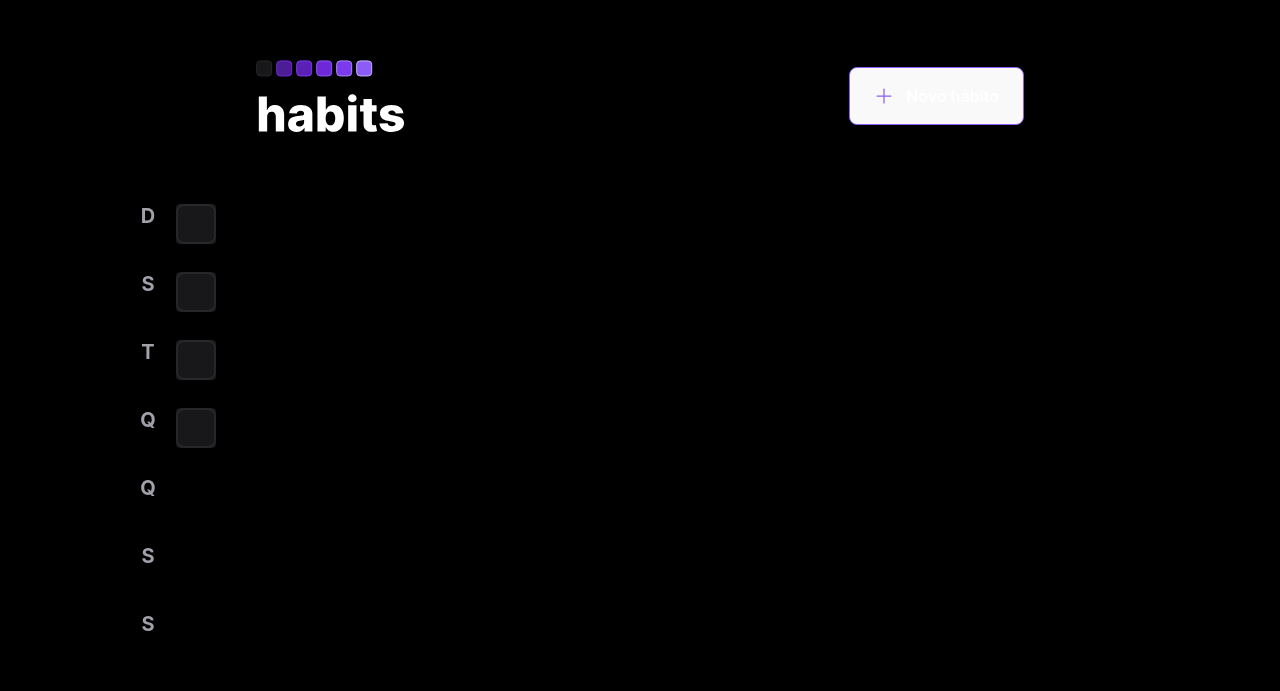
Repository: Herlander929/Setup-Constolador-de-h-bitos
Page: / (app in front-end/web/)
An editor plug-in stored every save of this project. The page is shown before and after the next save, followed by the edit.
The browser window is 1280 px wide. The pictures show the whole page.
The project was rebuilt for these pictures with package versions that can differ from the ones it lists, and the page was loaded fresh each time. Also part of the build but not shown: front-end/web/vite.config.ts.

Above is the page before, as saved 2023-01-19 15:10:02.

After the next save:
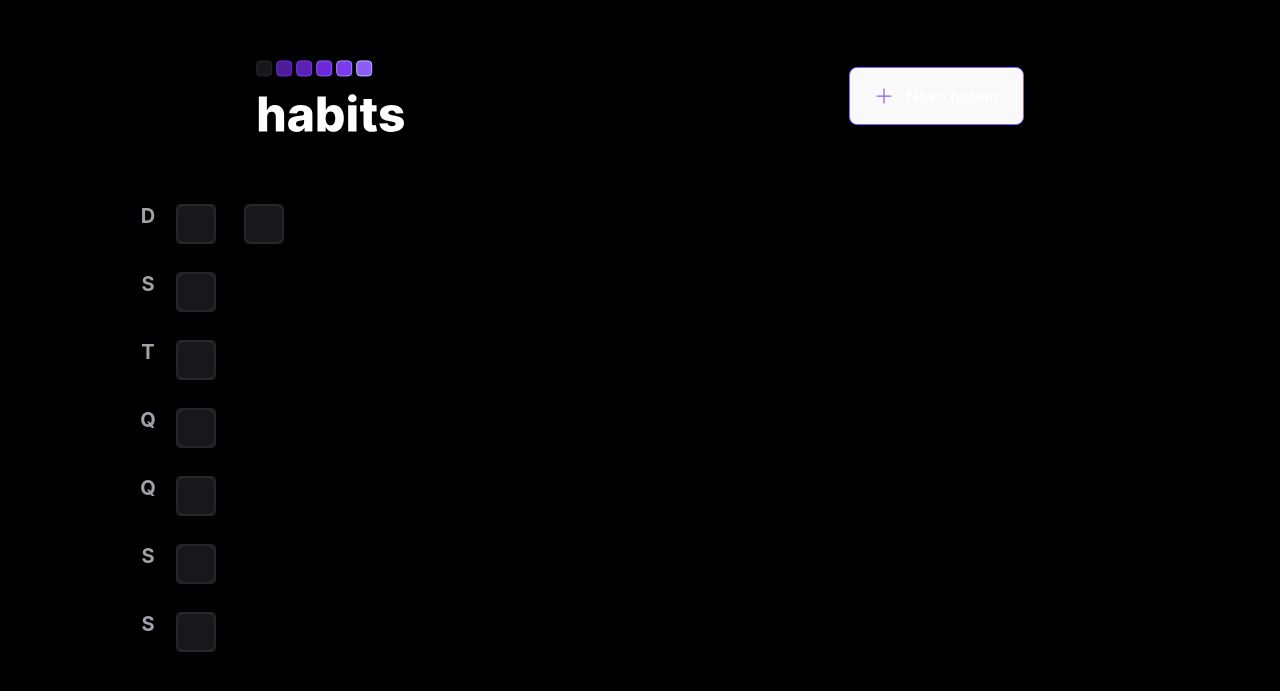
Saved 14 s later.
--- a/front-end/web/src/componentes/SummaryTable.tsx
+++ b/front-end/web/src/componentes/SummaryTable.tsx
@@ -28,6 +28,10 @@ export function SummaryTable() {
                 <HabitDay/>
                 <HabitDay/>
                 <HabitDay/>
+                <HabitDay/>
+                <HabitDay/>
+                <HabitDay/>
+                <HabitDay/>
 
 
             </div>
